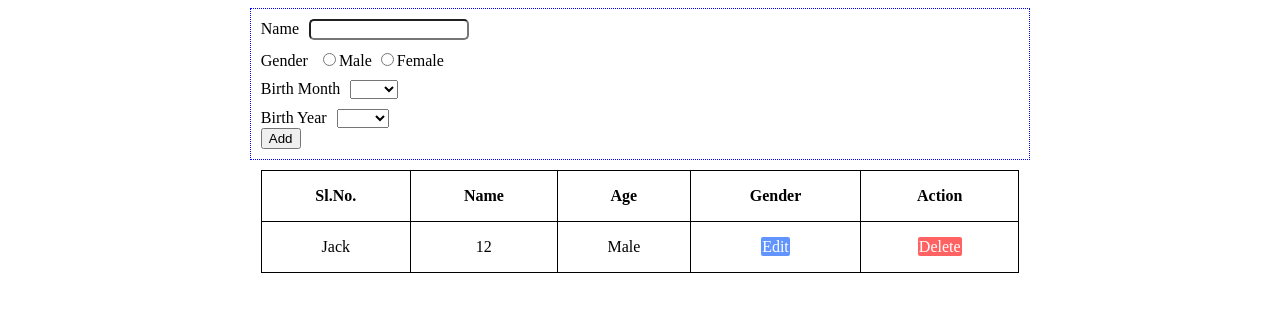
Repository: tysonpaul89/vue-student-crud
Page: /
An editor plug-in stored every save of this project. The page is shown before and after the next save, followed by the edit.
The browser window is 1280 px wide. The pictures show the whole page.
The project was rebuilt for these pictures with package versions that can differ from the ones it lists, and the page was loaded fresh each time.

Above is the page before, as saved 2020-04-11 11:37:54.

### src/App.vue
<template>
  <div id="app">
    <StudentForm :type="formType" @studentFormData="addStudent"/>
    <StudentListng :studentArray="students" />
  </div>
</template>

<script>
import StudentListng from './components/StudentListng.vue';
import StudentForm from './components/StudentForm.vue';

export default {
  name: 'App',
  components: {
    StudentListng, // To display student data.
    StudentForm // To Add/Edit student data.
  },
  data() {
    return {
      students: [
        { id:1, name: 'Jack', age: 12, gender: 'Male', birthMonth: 7, birthYear: 2008 },
      ],
      formType: 'create'
    }
  },
  methods: {
    addStudent(data) {
      if (this.formType === 'create') {
        this.students.push(data);
      } else {
        // pass
      }
    }
  }
}
</script>

<style>

</style>

### src/components/StudentListng.vue
<template>
  <table>
    <thead>
      <tr>
        <th>Sl.No.</th>
        <th>Name</th>
        <th>Age</th>
        <th>Gender</th>
        <th colspan="2">Action</th>
      </tr>
    </thead>
    <tbody>
      <tr v-for="student in studentArray" :key="student.id">
        <td>{{ student.name }}</td>
        <td>{{ student.age }}</td>
        <td>{{ student.gender }}</td>
        <td class="btn-td"><a id="btn-edit" href="#">Edit</a></td>
        <td class="btn-td"><a id="btn-delete" href="#">Delete</a></td>
      </tr>
    </tbody>
  </table>
</template>

<script>
export default {
  props: {
    studentArray: Array
  }
};
</script>

<style scoped>
  table {
    border-collapse: collapse;
    width: 60%;
    margin: 0 auto;
  }

  table,
  td,
  th {
    border: 1px solid black;
    padding: 1em;
  }

  td {
    text-align: center;
  }

  #btn-delete,
  #btn-edit {
    color: white;
    text-decoration: none;
    padding: 1px;
    border-radius: 2px;
  }

  #btn-delete {
    background-color: rgba(255, 0, 0, 0.616);
  }

  #btn-edit {
    background-color: rgba(0, 81, 255, 0.616);
  }
</style>

### src/components/StudentForm.vue
<template>
  <div class="container">
    <form>
      <div class="form-group">
        <label for="name">Name</label>
        <input type="text" id="name" name="name" v-model="studentForm.name" />
      </div>
      <div class="form-group">
        <label>Gender</label>
        <input type="radio" name="Male" value="Male" v-model="studentForm.gender">Male
        <input type="radio" name="Female" value="Female" v-model="studentForm.gender">Female
      </div>
      <div class="form-group">
        <label for="month">Birth Month</label>
        <select name="month" id="month" v-model="studentForm.birthMonth">
          <option v-for="(month, index) in months" :key="index" :value="index">{{month}}</option>
        </select>
      </div>
      <div class="form-group">
        <label for="year">Birth Year</label>
        <select name="year" id="year" v-model="studentForm.birthYear">
          <option v-for="(year, index) in years" :key="index" :value="year">{{year}}</option>
        </select>
      </div>
      <button type="button" @click="onSubmit()">{{ type === 'create' ? 'Add' : 'Edit' }}</button>
    </form>
  </div>
</template>

<script>
export default {
  props: ['type'],
  computed: {
    years: () => {
      const yearLimit = new Date().getFullYear() - 5;
      const years = [];
      for(let i=2000; i < yearLimit; i++) {
        years.push(i);
      }
      return years;
    }
  },
  data() {
    return {
      studentForm: {
        name: "",
        gender: null,
        birthMonth: null,
        birthYear: null,
      },
      months: ['Jan', 'Feb', 'Mar', 'Apr', 'May', 'Jun', 'Jul', 'Aug', 'Sep', 'Oct', 'Nov', 'Dec'],
    };
  },
  methods: {
    onSubmit() {
      const today = new Date()
      let student = null;
      if (this.type === 'create') {
        student = {
          id: today.getMilliseconds(),
          name: this.studentForm.name,
          age:  today.getFullYear() - this.studentForm.birthYear,
          gender: this.studentForm.gender,
          birthMonth: this.studentForm.birthMonth,
          birthYear: this.studentForm.birthYear,
        };
      } else {
        // pass
      }
      // Pass to the parent element.
      this.$emit('studentFormData', student)
    }
  }
};
</script>

<style scoped>
.container {
  width: 60%;
  margin: 0 auto;
  margin-bottom: 10px;
  border: 1px dotted blue;
  padding: 0 10px 10px 10px;
}

.form-group {
  padding-top: 10px;
}

.form-group label {
  padding-right: 10px;
}

.form-group input[type="text"] {
  border-radius: 5px;
  width: 20%;
}
</style>

Loaded but not shown: public/index.html (common file); src/main.js (common file)

After the next save:
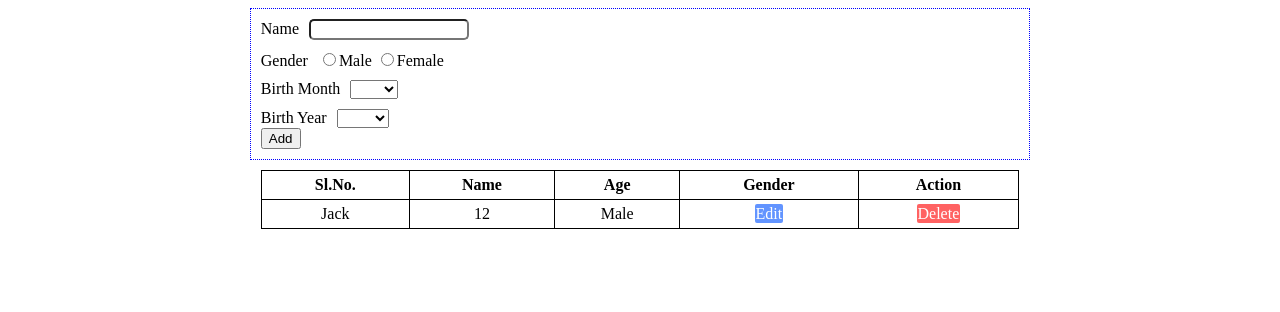
Saved 9 s later.
--- a/src/components/StudentListng.vue
+++ b/src/components/StudentListng.vue
@@ -40,7 +40,7 @@ export default {
   td,
   th {
     border: 1px solid black;
-    padding: 1em;
+    padding: 5px;
   }
 
   td {
